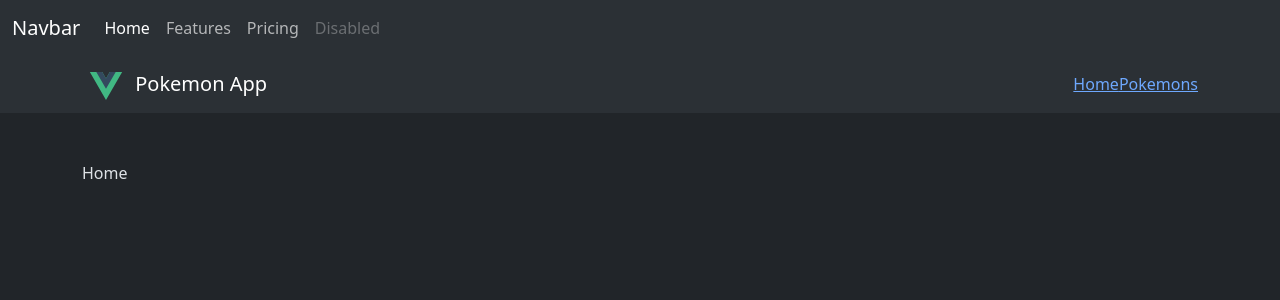
Repository: jjdevzinho/curso-vue-pinia-com-ts-poke-api
Page: /
The author's editor kept a copy of each file at every save. The page is drawn from the files as they stood at one save, then again after the next save.
The browser window is 1280 px wide. The pictures show the whole page.
The project was rebuilt for these pictures with package versions that can differ from the ones it lists, and the page was loaded fresh each time. Also part of the build but not shown: vite.config.ts.

Above is the page before, as saved 2024-10-13 08:34:19.

### index.html
<!doctype html>
<html lang="en" data-bs-theme="dark">
  <head>
    <meta charset="UTF-8" />
    <link rel="icon" href="/favicon.ico" />
    <meta name="viewport" content="width=device-width, initial-scale=1.0" />
    <title>Vite App</title>
    <link
      href="https://cdn.jsdelivr.net/npm/bootstrap@5.3.3/dist/css/bootstrap.min.css"
      rel="stylesheet"
      integrity="sha384-QWTKZyjpPEjISv5WaRU9OFeRpok6YctnYmDr5pNlyT2bRjXh0JMhjY6hW+ALEwIH"
      crossorigin="anonymous"
    />
  </head>
  <body>
    <div id="app"></div>
    <script type="module" src="/src/main.ts"></script>
  </body>
</html>

### src/App.vue
<script setup lang="ts">
import { RouterLink, RouterView } from 'vue-router'
</script>

<template>
  <header>
    <nav class="navbar navbar-expand-lg bg-body-tertiary">
      <div class="container-fluid">
        <a class="navbar-brand" href="#">Navbar</a>
        <button
          class="navbar-toggler"
          type="button"
          data-bs-toggle="collapse"
          data-bs-target="#navbarNav"
          aria-controls="navbarNav"
          aria-expanded="false"
          aria-label="Toggle navigation"
        >
          <span class="navbar-toggler-icon"></span>
        </button>
        <div class="collapse navbar-collapse" id="navbarNav">
          <ul class="navbar-nav">
            <li class="nav-item">
              <a class="nav-link active" aria-current="page" href="#">Home</a>
            </li>
            <li class="nav-item">
              <a class="nav-link" href="#">Features</a>
            </li>
            <li class="nav-item">
              <a class="nav-link" href="#">Pricing</a>
            </li>
            <li class="nav-item">
              <a class="nav-link disabled" aria-disabled="true">Disabled</a>
            </li>
          </ul>
        </div>
      </div>
    </nav>

    <div class="navbar navbar-expand-lg bg-body-tertiary">
      <nav class="container">
        <RouterLink to="/" class="navbar-brand" exact>
          <img
            alt="Vue logo"
            class="logo"
            src="@/assets/logo.svg"
            width="48"
            height="28"
          />
          Pokemon App
        </RouterLink>
        <ul class="navbar-nav">
          <RouterLink to="/" exact>Home</RouterLink>
          <RouterLink to="/pokemons">Pokemons</RouterLink>
        </ul>
      </nav>
    </div>
  </header>
  <main class="container my-5">
    <RouterView />
  </main>
</template>

### src/router/index.ts
import { createRouter, createWebHistory } from 'vue-router'
import HomeView from '../views/HomeView.vue'

const router = createRouter({
  history: createWebHistory(import.meta.env.BASE_URL),
  routes: [
    {
      path: '/',
      name: 'home',
      component: HomeView,
    },
    {
      path: '/about',
      name: 'about',
      component: () => import('../views/AboutView.vue'),
    },
    {
      path: '/pokemons',
      name: 'about',
      component: () => import('../views/PokemonListView.vue'),
    },
    {
      path: '/pokemons/:name',
      name: 'pokemon',
      component: () => import('../views/PokemonView.vue'),
    },
  ],
})

export default router

### src/views/HomeView.vue
<template>
  <main>Home</main>
</template>

Loaded but not shown: src/main.ts (common file)

After the next save:
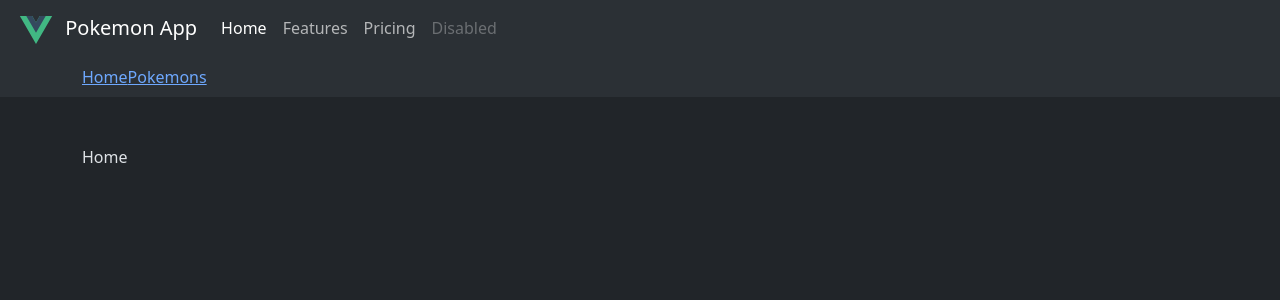
Saved 23 s later.
--- a/src/App.vue
+++ b/src/App.vue
@@ -6,7 +6,16 @@
   <header>
     <nav class="navbar navbar-expand-lg bg-body-tertiary">
       <div class="container-fluid">
-        <a class="navbar-brand" href="#">Navbar</a>
+        <RouterLink to="/" class="navbar-brand" exact>
+          <img
+            alt="Vue logo"
+            class="logo"
+            src="@/assets/logo.svg"
+            width="48"
+            height="28"
+          />
+          Pokemon App
+        </RouterLink>
         <button
           class="navbar-toggler"
           type="button"
@@ -39,16 +48,6 @@
 
     <div class="navbar navbar-expand-lg bg-body-tertiary">
       <nav class="container">
-        <RouterLink to="/" class="navbar-brand" exact>
-          <img
-            alt="Vue logo"
-            class="logo"
-            src="@/assets/logo.svg"
-            width="48"
-            height="28"
-          />
-          Pokemon App
-        </RouterLink>
         <ul class="navbar-nav">
           <RouterLink to="/" exact>Home</RouterLink>
           <RouterLink to="/pokemons">Pokemons</RouterLink>
